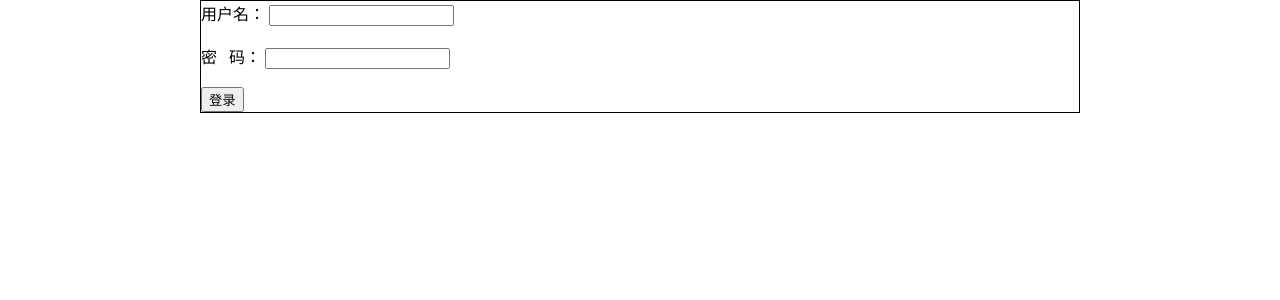
Repository: guirui-li/StudyJavaWeb
Page: http://localhost/JavawebTest/experiment02/login.jsp
The author's editor kept a copy of each file at every save. The page is drawn from the files as they stood at one save, then again after the next save.
The browser window is 1280 px wide. The pictures show the whole page.
The page is served by Tomcat 9.

Above is the page before, as saved 2019-04-26 11:31:42.

After the next save:
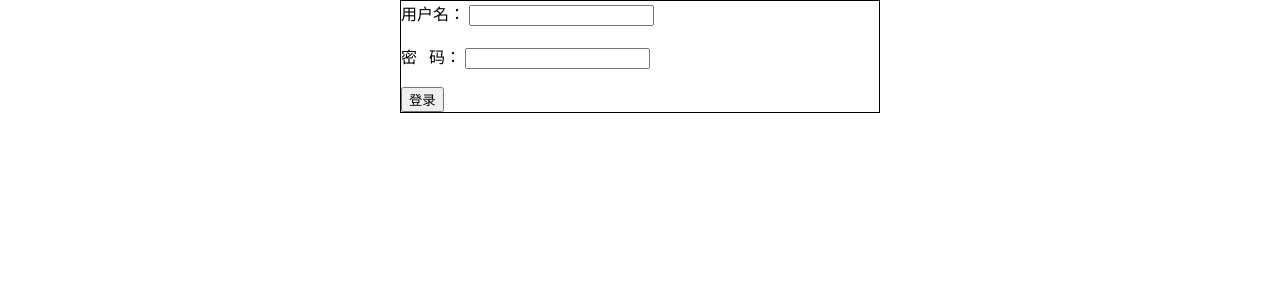
Saved 37 s later.
--- a/JavawebTest/WebContent/experiment02/login.jsp
+++ b/JavawebTest/WebContent/experiment02/login.jsp
@@ -11,7 +11,7 @@
 			padding: 0;
 		}
 		#form1{
-			margin: 0 200px;
+			margin: 0 400px;
 			border: 1px solid black;
 		}
 	</style>
